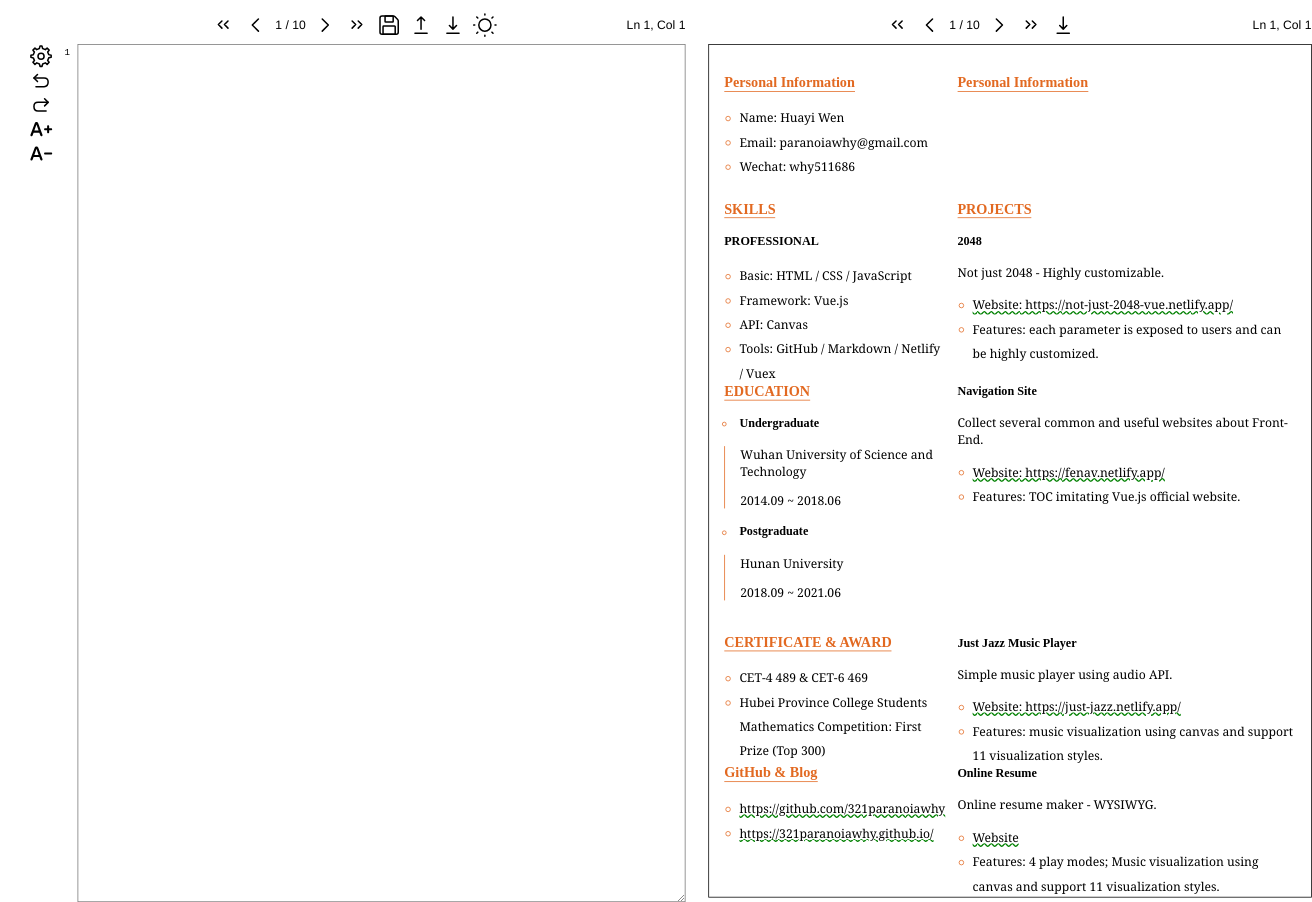
Repository: 321paranoiawhy/online-resume
Page: /
These files come from the project's save history. The page is drawn as it stood at one moment and after the next save; the edit follows.
The browser window is 1280 px wide. The page is 1726 px wide, so the pictures cover 1726 px, including what lies to the right of the window. The pictures show the whole page, at 76% of full size.
The project was rebuilt for these pictures with package versions that can differ from the ones it lists, and the page was loaded fresh each time. Also part of the build but not shown: vue.config.js, src/components/Header.vue, src/components/Introduction.vue, src/components/Footer.vue.

Above is the page before, as saved 2022-06-08 18:05:43.

### src/App.vue
<template>
    <router-view />
</template>

<style lang="scss">
html,
body,
#app {
    height: 100%;
}
#app {
    font-family: Avenir, Helvetica, Arial, sans-serif;
    -webkit-font-smoothing: antialiased;
    -moz-osx-font-smoothing: grayscale;
    text-align: center;
    // color: #2c3e50;
}
</style>

### src/css/common.css
:root {
    --A4-width: 210mm;
    --A4-height: 297mm;
    /* CSS 全局变量, 任何地方均可通过 var() 访问变量值 */
    --base: 12;
    /* 基于 --base 计算 --font-size-small 和 --line-height-small */
    /* 参考链接: https://www.ruanyifeng.com/blog/2017/05/css-variables.html */
    --font-size-small: calc(var(--base) * 1px);
    --line-height-small: calc(var(--base) * 1.5px);
    /* 字符间距 */
    --letter-spacing: 0.05em;
}
textarea.left-textarea {
    width: var(--A4-width); /* 210 * 96 / 25.4 = 793.7 px */
    height: var(--A4-height); /* 297 * 96 / 25.4 = 1122.52 px */
    /* 字体大小 */
    font-size: var(--font-size-small);
    /* 行高 */
    line-height: var(--line-height-small);
    /* 字符间距 */
    letter-spacing: var(--letter-spacing);
    /* 统一各浏览器下 textarea 盒模型 */
    margin: 0;
    border-width: 1px;
    padding: 2px;
}
div.right-output {
    /* 1 in = 25.4 mm = 96 px */
    width: var(--A4-width); /* 210 * 96 / 25.4 = 793.7 px */
    height: var(--A4-height); /* 297 * 96 / 25.4 = 1122.52 px */
    margin: 0;
    border: 1px solid red;
    padding: 2px;
    /* & .name {
        border: 1px solid blue;
    } */
}
img {
    width: 32px;
    height: 32px;
    cursor: pointer;
}

### src/views/HomeView.vue
<template>
    <!-- <TopHeader></TopHeader> -->
    <!-- <Introduction></Introduction> -->
    <div class="main-flex">
        <LeftInput class="left-input"></LeftInput>
        <RightOutput></RightOutput>
    </div>
    <!-- <BottomFooter></BottomFooter> -->
</template>

<script>
// @ is an alias to /src
import TopHeader from "@/components/Header.vue";
import Introduction from "@/components/Introduction.vue";
import LeftInput from "@/components/LeftInput.vue";
import RightOutput from "@/components/RightOutput.vue";
import BottomFooter from "@/components/Footer.vue";

// 功能拆解
// 下载源码和渲染结果文件(HTML&CSS, PDF, DOCX), 使用 Pandoc
// LaTeX 语法支持 (引入 MathJax)
// JavaScript 实现 解析
// common.css 负责特定样式
// 切换主题或者切换模板
// 主题 白天 黑夜
// 模板 暂定唯一模板 后续定制更多模板 (寻找优雅的 resume 模板)
// autosave
// localstorage
// 左侧应有快速插入标记, 如 name
export default {
    name: "HomeView",
    components: {
        TopHeader,
        Introduction,
        LeftInput,
        RightOutput,
        BottomFooter,
    },
};
</script>

<style scoped lang="scss">
div.main-flex {
    display: flex;
    width: fit-content;
    & .left-input {
        margin-left: 30px;
        margin-right: 30px;
    }
}
</style>

### src/components/RightOutput.vue
<template>
    <div class="right-output-flex-column">
        <div class="top-flex">
            <div class="center">
                <img
                    v-for="(item, index) in rightOutputImage.slice(0, 2)"
                    :key="index"
                    :src="require('../assets/images/' + item.img_src + '.svg')"
                    :alt="item.img_src"
                    @click="Fn(item.function)"
                />
                <p>{{ currentOutputPage }} / {{ totalOutputPage }}</p>
                <img
                    v-for="(item, index) in rightOutputImage.slice(2)"
                    :key="index"
                    :src="require('../assets/images/' + item.img_src + '.svg')"
                    :alt="item.img_src"
                    @click="Fn(item.function)"
                />
            </div>
            <!-- 快速跳转至某行某列 (默认当前页) -->
            <p @click="gotoLnAndCol">Ln 1, Col 1</p>
        </div>
        <!-- <div class="right-output" ref="output"></div> -->
        <testTemplateEN></testTemplateEN>
    </div>
</template>

<script>
import rightOutputImage from "/public/data/rightOutputImage.json";
import testTemplateEN from "./testTemplateEN.vue";

import { onMounted, ref, watch } from "@vue/runtime-core";
import { useStore } from "vuex";

export default {
    name: "RightOutput",
    components: {
        testTemplateEN,
    },
    setup() {
        let currentOutputPage = ref(1);
        let totalOutputPage = ref(10);
        const store = useStore();
        let output = ref(null);
        // 思路一: 根据左边输入栏实时输出至右边, 并设置相应的样式
        // 思路二: 默认右边已有示例模板, 左边输入栏实时输入右边输出栏实时更新替换
        // 思路二更优: 用户可预览, 页面须有提示或者有帮助文档 F1 查看 各块对应语法 syntax
        onMounted(() => {
            // output.value.value = computed(() => {
            //     console.log(store.state.compiledHTML);
            //     return store.state.compiledHTML;
            // });
            // output.value.innerHTML = store.state.compiledHTML;
        });
        watch(
            () => store.state.compiledHTML,
            () => {
                output.value.innerHTML = store.state.compiledHTML;
                // 设置 CSS 样式
            }
        );
        return {
            rightOutputImage,
            currentOutputPage,
            totalOutputPage,
            output,
        };
    },
};
</script>

<style scoped lang="scss">
.right-output-flex-column {
    display: flex;
    flex-direction: column;
    & div.top-flex {
        display: flex;
        width: 210mm;
        margin-left: auto;
        justify-content: center;
        & div.center {
            flex-grow: 1;
            display: flex;
            justify-content: center;
            align-items: center;
            gap: 10px;
        }
    }
}
</style>

### src/components/Sidebar.vue
<template>
    <div class="sidebar-flex-column">
        <img
            v-for="(item, index) in sidebarImage"
            :key="index"
            :src="require('../assets/images/' + item.img_src + '.svg')"
            :alt="item.img_src"
            @click="Fn(item.function)"
        />
    </div>
</template>

<script>
// 引入图片 json 数据文件
import sidebarImage from "/public/data/sidebarImage.json";

export default {
    name: "Sidebar",
    setup() {
        // 当前 base
        let currentBase = 12;
        // Fn: 根据入参执行相应函数
        let Fn = (parameter) => {
            switch (parameter) {
                case "set":
                    break;
                // 撤销 TODO(有限次 or 无限次)
                case "undo":
                    break;
                // 重做 TODO
                case "redo":
                    break;
                // 每次 --base +2
                case "textIncrease":
                    // 最大值: 24 (2*12)
                    if (currentBase === 24) {
                        return;
                    }
                    // 修改 root --base (可同步修改 --font-size-small,--line-height-small)
                    document.documentElement.style.setProperty(
                        "--base",
                        `${currentBase + 2}`
                    );
                    // 更新 currentBase
                    currentBase += 2;
                    break;
                // 每次 --base -2
                case "textDecrease":
                    // 最小值: 8
                    if (currentBase === 8) {
                        return;
                    }
                    document.documentElement.style.setProperty(
                        "--base",
                        `${currentBase - 2}`
                    );
                    // 更新 currentBase
                    currentBase -= 2;
                    break;
                default:
                    break;
            }
        };
        return {
            sidebarImage,
            currentBase,
            Fn,
        };
    },
};
</script>

<style scoped lang="scss">
.sidebar-flex-column {
    display: flex;
    flex-direction: column;
    width: fit-content;
    height: fit-content;
}
</style>

### src/components/testTemplateEN.vue
<template>
    <div class="grid">
        <div>
            <h3>Personal Information</h3>
            <ul>
                <li>Name: Huayi Wen</li>
                <li>Email: paranoiawhy@gmail.com</li>
                <li>Wechat: why511686</li>
            </ul>
        </div>
        <div>
            <h3>Personal Information</h3>
        </div>
        <div>
            <h3>SKILLS</h3>
            <h4>PROFESSIONAL</h4>
            <ul>
                <li>Basic: HTML / CSS / JavaScript</li>
                <li>Framework: Vue.js</li>
                <li>API: Canvas</li>
                <li>Tools: GitHub / Markdown / Netlify / Vuex</li>
            </ul>
        </div>
        <div>
            <h3>PROJECTS</h3>
            <h4>2048</h4>
            <p>Not just 2048 - Highly customizable.</p>
            <ul>
                <li>
                    <a href="https://not-just-2048-vue.netlify.app/"
                        >Website: https://not-just-2048-vue.netlify.app/</a
                    >
                </li>
                <li>
                    Features: each parameter is exposed to users and can be
                    highly customized.
                </li>
            </ul>
        </div>
        <div>
            <h3>EDUCATION</h3>
            <h4 class="disc">Undergraduate</h4>
            <div class="border">
                <p>Wuhan University of Science and Technology</p>
                <p>2014.09 ~ 2018.06</p>
            </div>
            <h4 class="disc">Postgraduate</h4>
            <div class="border">
                <p>Hunan University</p>
                <p>2018.09 ~ 2021.06</p>
            </div>
        </div>
        <div>
            <h4>Navigation Site</h4>
            <p>Collect several common and useful websites about Front-End.</p>
            <ul>
                <li>
                    <a href="https://fenav.netlify.app/"
                        >Website: https://fenav.netlify.app/</a
                    >
                </li>
                <li>Features: TOC imitating Vue.js official website.</li>
            </ul>
        </div>
        <div>
            <h3>CERTIFICATE & AWARD</h3>
            <ul>
                <li>CET-4 489 & CET-6 469</li>
                <li>
                    Hubei Province College Students Mathematics Competition:
                    First Prize (Top 300)
                </li>
            </ul>
        </div>
        <div>
            <h4>Just Jazz Music Player</h4>
            <p>Simple music player using audio API.</p>
            <ul>
                <li>
                    <a href="https://just-jazz.netlify.app/"
                        >Website: https://just-jazz.netlify.app/</a
                    >
                </li>
                <li>
                    Features: music visualization using canvas and support 11
                    visualization styles.
                </li>
            </ul>
        </div>
        <div>
            <h3>GitHub & Blog</h3>
            <ul>
                <li>
                    <a href="https://github.com/321paranoiawhy"
                        >https://github.com/321paranoiawhy</a
                    >
                </li>
                <li>
                    <a href="https://321paranoiawhy.github.io/"
                        >https://321paranoiawhy.github.io/</a
                    >
                </li>
            </ul>
        </div>
        <div>
            <h4>Online Resume</h4>
            <p>Online resume maker - WYSIWYG.</p>
            <ul>
                <li>
                    <a href="https://just-jazz.netlify.app/">Website</a>
                </li>
                <li>
                    Features: 4 play modes; Music visualization using canvas and
                    support 11 visualization styles.
                </li>
            </ul>
        </div>
    </div>
</template>

<script>
export default {
    name: "testTemplate",
    setup() {
        return {};
    },
};
</script>

<style scoped lang="scss">
// @import url("https://fonts.googleapis.com/css2?family=Cormorant+Garamond:wght@500&display=swap");
$margin-left: 20px;
div.grid {
    display: grid;
    grid-template-columns: 0.618fr 1fr;
    // grid-template-rows: auto;
    column-gap: 1rem;
    width: var(--A4-width);
    height: var(--A4-height);
    // background-color: #e6e6e6;
    text-align: left;
    // border-box
    box-sizing: border-box;
    // 内边距
    padding: 20px;
    border: 1px solid;
    & ul {
        padding: 0 0 0 $margin-left;
        margin: 0;
        list-style-type: circle;
        font-family: Cambria;
        & li {
            & img {
                width: 24px;
                height: 24px;
                vertical-align: middle;
                margin-right: 5px;
            }
            height: 2rem;
            line-height: 2rem;
        }
    }
    & ul li::marker {
        color: #e26921;
    }
    & p {
        font-family: Cambria;
    }
    & h3 {
        color: #e26921;
        font-family: didot;
        width: fit-content;
        border-bottom: 1px solid;
    }
    & h4 {
        font-family: didot;
    }
    & h4.disc {
        position: relative;
        margin-left: $margin-left;
        &::before {
            position: absolute;
            content: " ";
            left: -23.2px;
            top: 40%;
            width: 4.4px;
            height: 4.4px;
            border: 1px solid #e26921;
            border-radius: 50%;
        }
    }
    & a {
        text-decoration: green wavy underline;
        color: inherit;
        // font-family: Cambria;
        // font-family: "Cormorant Garamond", serif;
    }
    & div.border {
        border-left: 1px solid #e26921;
        & p {
            margin-left: $margin-left;
        }
    }
}
</style>

Loaded but not shown: public/index.html (common file); src/router/index.js (common file); public/data/leftInputImage.json (30 lines, source omitted); public/data/rightOutputImage.json (22 lines, source omitted); public/data/sidebarImage.json (22 lines, source omitted); src/store/index.js (34 lines, source omitted); src/main.js (8 lines, source omitted); src/components/LeftInput.vue (291 lines, source omitted)

After the next save:
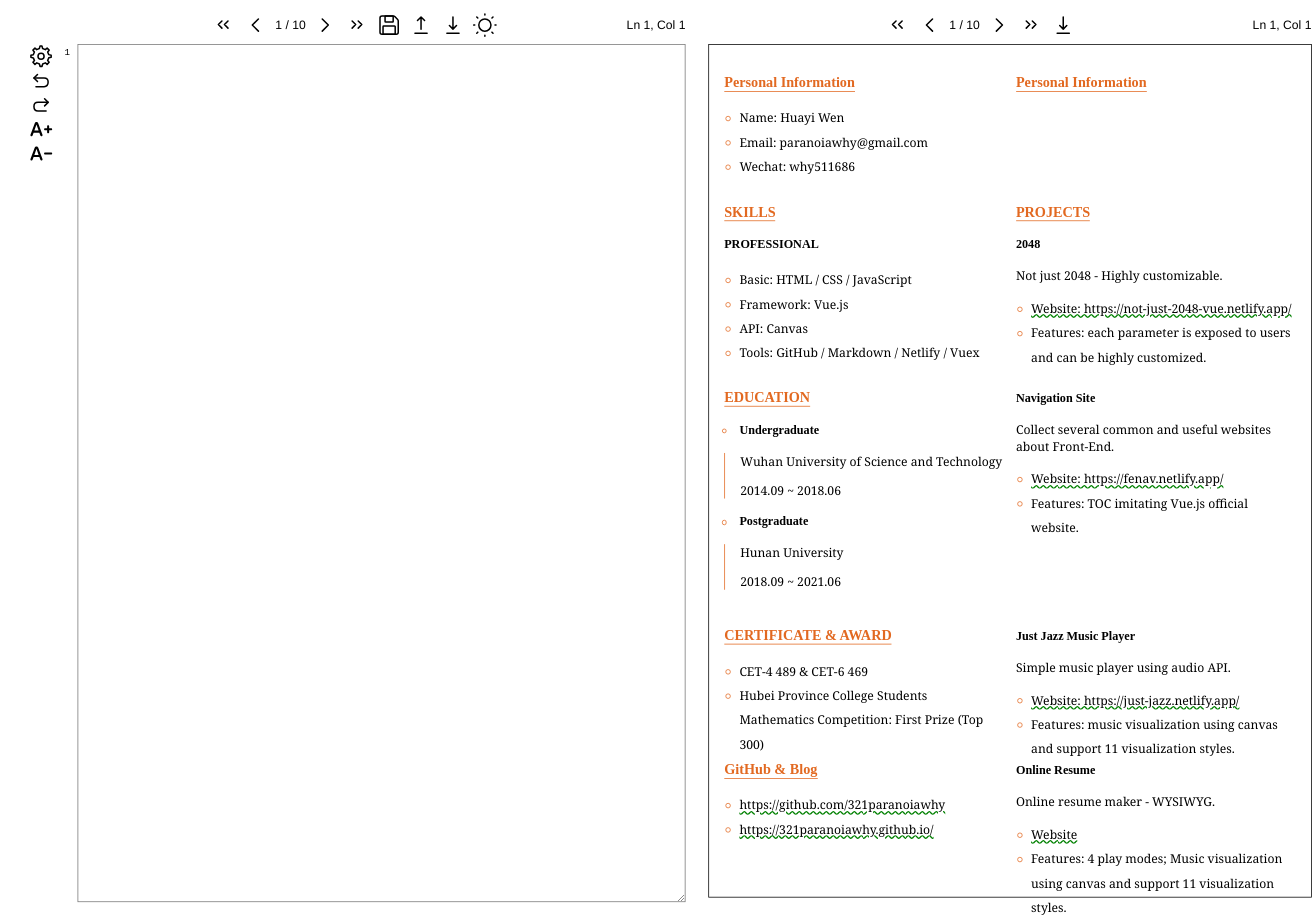
Saved 53 s later.
--- a/src/components/testTemplateEN.vue
+++ b/src/components/testTemplateEN.vue
@@ -132,7 +132,7 @@ export default {
 $margin-left: 20px;
 div.grid {
     display: grid;
-    grid-template-columns: 0.618fr 1fr;
+    grid-template-columns: 1fr 1fr;
     // grid-template-rows: auto;
     column-gap: 1rem;
     width: var(--A4-width);
